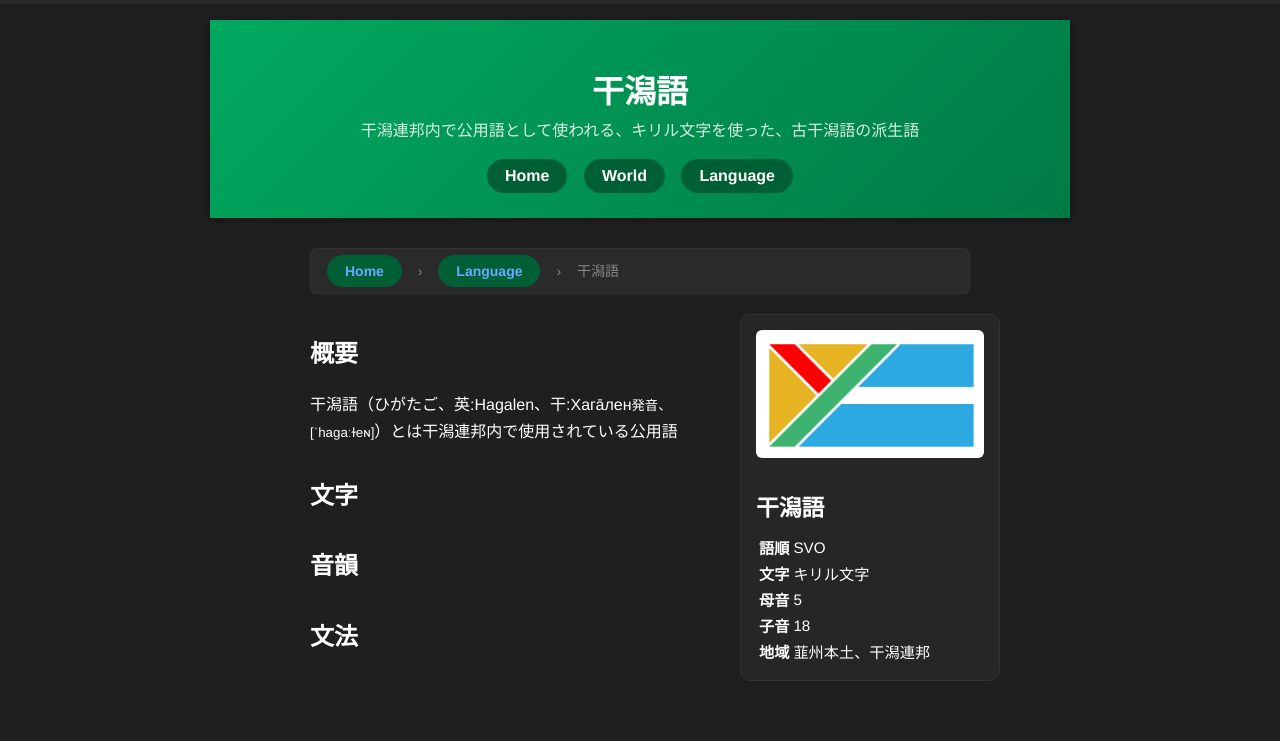
Repository: Player5270-antake/Player5270-antake.github.io
Page: language/hagalen/index.html
An editor plug-in stored every save of this project. The page is shown before and after the next save, followed by the edit.
The browser window is 1280 px wide. The pictures show the whole page.

Above is the page before, as saved 2026-03-08 22:39:57.

After the next save:
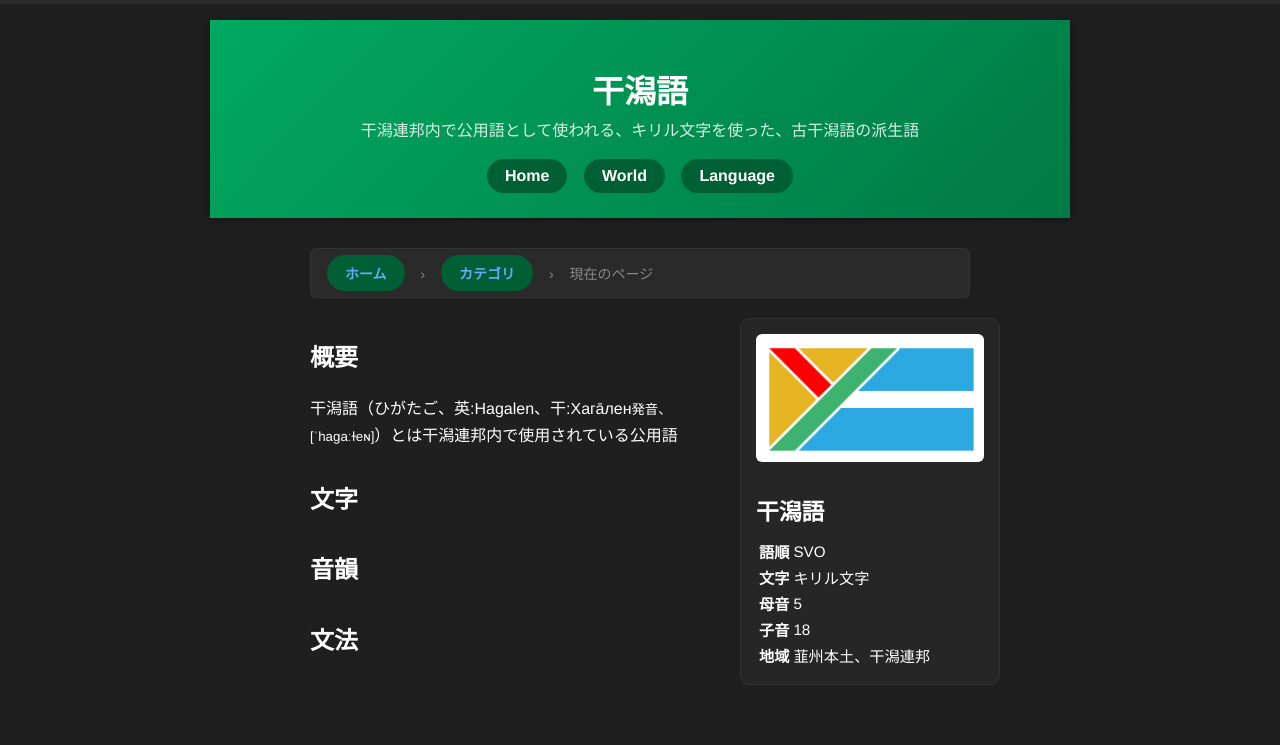
Saved 2 min 8 s later.
--- a/language/hagalen/index.html
+++ b/language/hagalen/index.html
@@ -25,11 +25,11 @@
         </header>
         <main>
             <nav class="breadcrumb">
-                <a href="../../">Home</a>
-                <span>›</span>
-                <a href="../">Language</a>
-                <span>›</span>
-                <span>干潟語</span>
+                <a href="/">ホーム</a>
+                <span class="sep">›</span>
+                <a href="/category">カテゴリ</a>
+                <span class="sep">›</span>
+                <span class="current">現在のページ</span>
             </nav>
             <button class="toc-toggle" id="tocToggle">
             <span></span>
